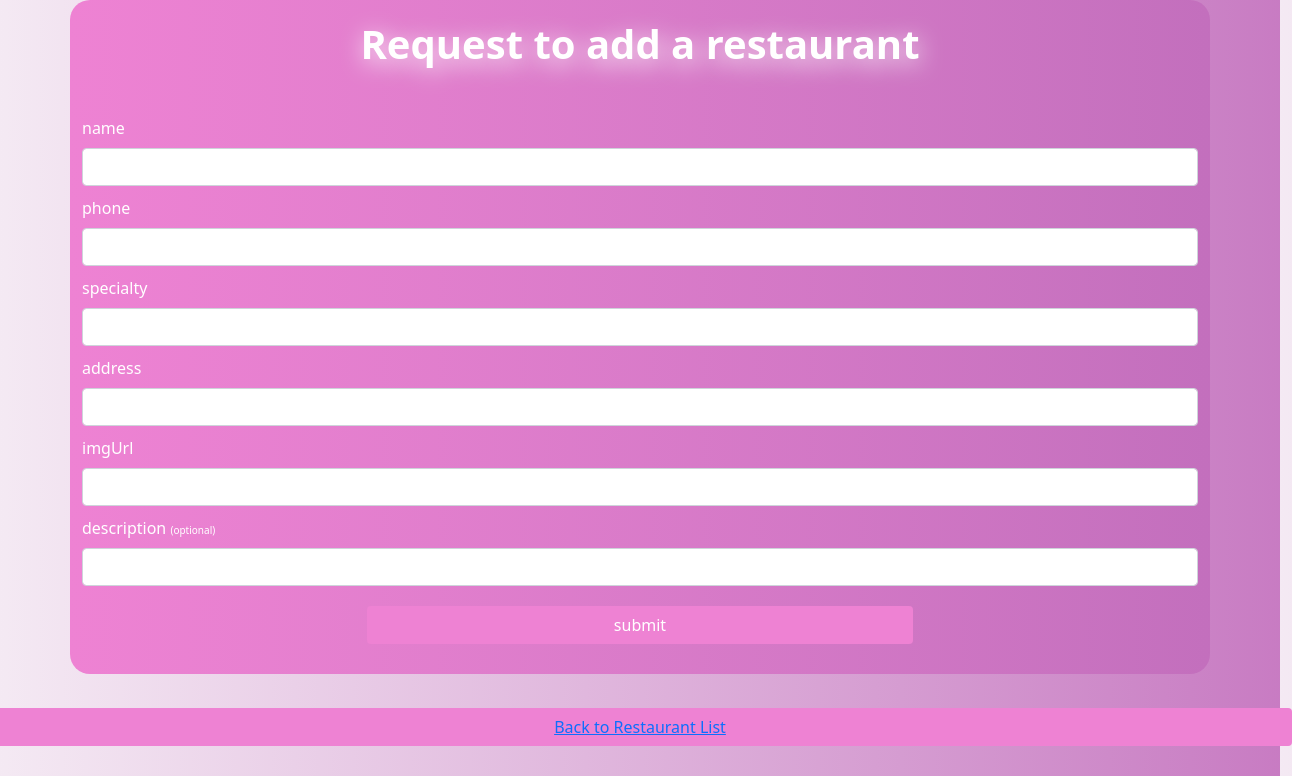
Repository: eyaajili/j2ee
Page: http://localhost/projet_j2ee/addRestaurant.jsp
An editor plug-in stored every save of this project. The page is shown before and after the next save, followed by the edit.
The browser window is 1280 px wide. The page is 1292 px wide, then 1280 px, so the pictures cover 1292 px, including what lies to the right of the window. The pictures show the whole page.
The page is served by Tomcat 9.

Above is the page before, as saved 2023-04-29 21:38:17.

After the next save:
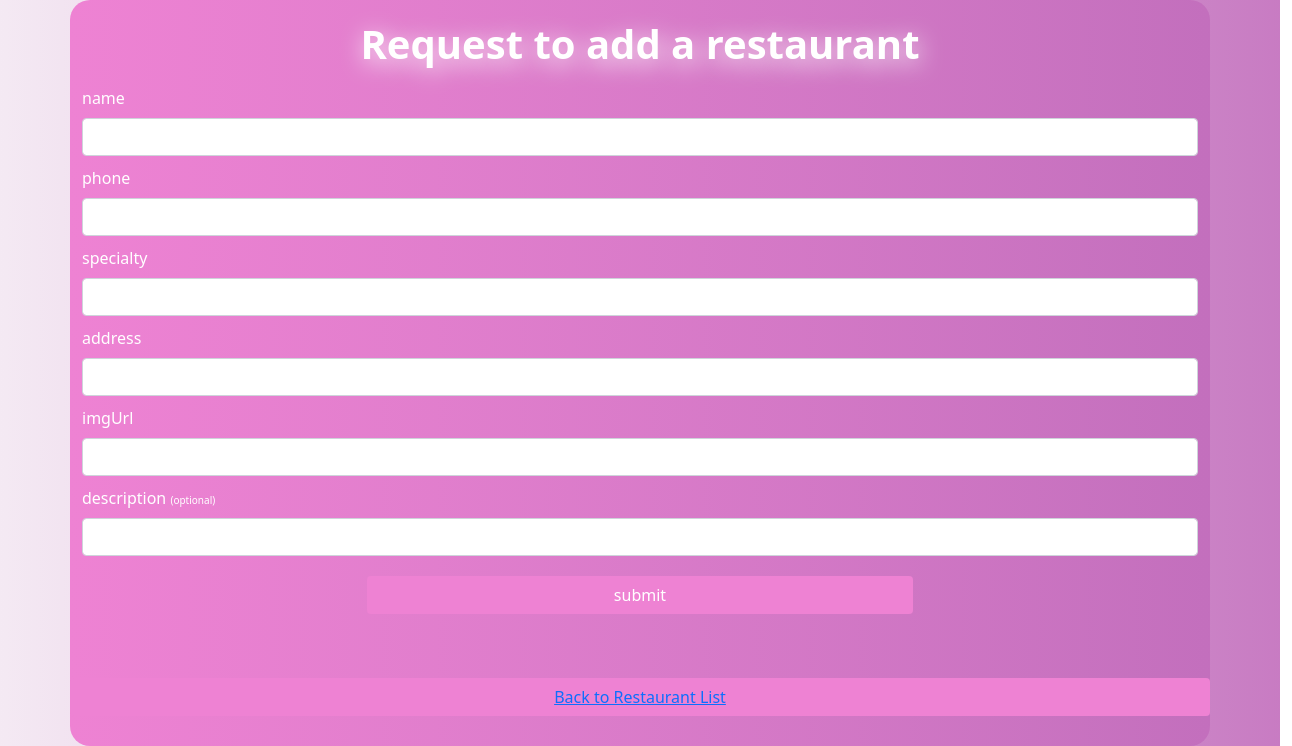
Saved 2 min 23 s later.
--- a/projet j2ee/src/main/webapp/addRestaurant.jsp
+++ b/projet j2ee/src/main/webapp/addRestaurant.jsp
@@ -53,7 +53,7 @@
       <h1 class="title">Request to add a restaurant</h1>
     </div>
     <div class="row">
-      <form class="request"  method="get" action="Servlet">
+      <form method="get" action="Servlet">
 
         <div class="field">
           <label class="form-label" for="name">name</label>
@@ -94,13 +94,13 @@
         <input type="hidden" name="action" value="addRestaurant">
       </form>
     </div>
-    </div>
+
     <br>
     <div class="row">
     <button class="btn" style="margin-top: 10px; margin-bottom: 30px; background-color: #ee82d3; color: white;">
       <a href="Servlet?action=listRestaurant">Back to Restaurant List</a>
     </button>
   </div>
-
+   </div>
 </body>
 </html>
